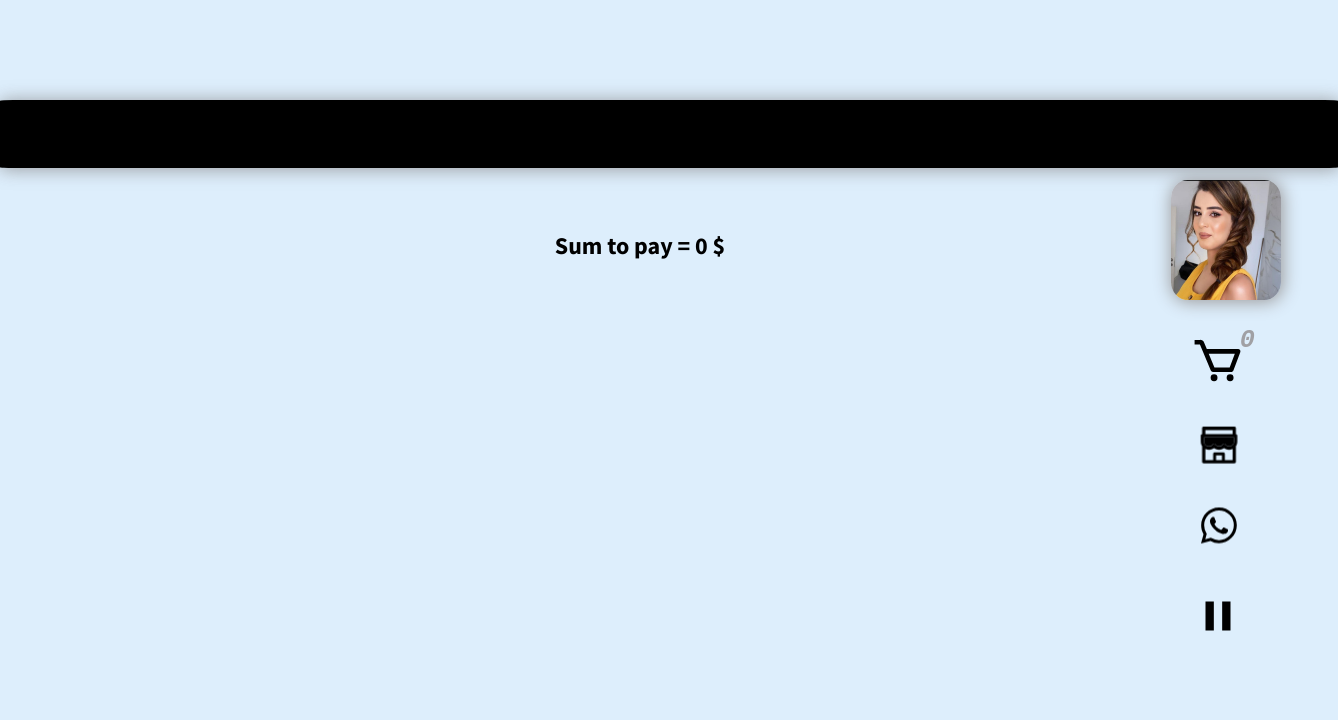
Repository: rehamAbass/BeautyCareShop
Page: /, after clicking the first element matching `svg.cartIcon`
These files come from the project's save history. The page is drawn as it stood at one moment and after the next save; the edit follows.
The browser window is 1280 px wide. The page is 1338 px wide, so the pictures cover 1338 px, including what lies to the right of the window. The pictures show the whole page.
The page's requests for data from a server got no answer. Some web fonts or font styles are not loaded; a fallback is used. The project was rebuilt for these pictures with package versions that can differ from the ones it lists, and the page was loaded fresh each time. No one was signed in, and anything a server would have sent is missing. Also part of the build but not shown: src/components/allProducts/card-list.css, src/components/allProducts/prod/card.css, src/components/allProducts/prod/card.component.jsx, src/components/search-box/search-box.css, src/components/myCart/cartProduct/cartProduct.css, src/components/myCart/cartProduct/cartProduct.jsx. Imported but missing from the stored project, and not drawn on this page: src/components/header/music/ed.mp3.

Above is the page before, as saved 2022-06-08 17:02:56.

### public/index.html
<!DOCTYPE html>
<html lang="en">
  </style>
  <head>
    <meta charset="utf-8" />
    <link rel="icon" href="" />
    <meta name="viewport" content="width=device-width, initial-scale=1" />
    <meta name="theme-color" content="#000000" />
    <meta
      name="description"
      content="Web site created using create-react-app"
    />
    <link rel="apple-touch-icon" href="" />
    <link rel="manifest" href="%PUBLIC_URL%/manifest.json" />
    <link rel="preconnect" href="https://fonts.googleapis.com">
    <link rel="preconnect" href="https://fonts.gstatic.com" crossorigin>
    <link href="https://fonts.googleapis.com/css2?family=Bigelow+Rules&display=swap" rel="stylesheet">
    <link rel="preconnect" href="https://fonts.googleapis.com">
    <link rel="preconnect" href="https://fonts.gstatic.com" crossorigin>
    <link href="https://fonts.googleapis.com/css2?family=Bigelow+Rules&family=Dancing+Script&display=swap"
      rel="stylesheet">
    <title color:'purble'>BeautyShop💄</title>
  </head>
  <body>

    <div id="root"></div>
  </body>
</html>

<!--
  <video id="video1" loop="" muted="" src="https://prod-streaming-video-msn-com.akamaized.net/aa5cb260-7dae-44d3-acad-3c7053983ffe/1b790558-39a2-4d2a-bcd7-61f075e87fdd.mp4"></video>

 -->

### src/components/allProducts/card-list.component.jsx

import './card-list.css'
import Card from './prod/card.component'
import React from 'react'

const CardList = ({ group ,addProduct}) => {
    return (
        <div className='card-list'>
            {group.map((p,i) =>
                (
                    <Card
                    key={i}
                    product={p}
                     addProduct={addProduct}/>
                )
            )
            }
        </div >

    )
}

export default CardList;

### src/components/search-box/search-box.component.jsx

import React from 'react'
import './search-box.css'


const SearchBox = ({ className, placeholder, searchHandler, group }) => {

    return (
        <div className='search-box'>
            <input
                className={className}
                type='search'
                placeholder='Search Products'
                onChange={searchHandler}
                style={{
                     fontStyle:'unset', fontStretch: 'extra-expanded'
                , fontSize:'large', borderRadius:'15%'}}
            />
            {group.length === 0 ?
                <div className='alert2'> NO Products with this prefix </div> : ''}
        </div>
    )
}


export default SearchBox;

### src/App.css
body {
  margin: 0;
  padding: 0;
  font-family: -apple-system, BlinkMacSystemFont, 'Segoe UI', 'Roboto', 'Oxygen',
    'Ubuntu', 'Cantarell', 'Fira Sans', 'Droid Sans', 'Helvetica Neue',
    sans-serif;
    background-color:rgba(192, 190, 228, 0.135);
  -webkit-font-smoothing: antialiased;
  -moz-osx-font-smoothing: grayscale;
  text-align: center;
}



















/* -------------------------------------------------------------------------------------- */

/* .App {
  text-align: center;
}

.App-logo {
  height: 40vmin;
  pointer-events: none;
}

@media (prefers-reduced-motion: no-preference) {
  .App-logo {
    animation: App-logo-spin infinite 20s linear;
  }
}

.App-header {
  background-color: #2d5cba;
  min-height: 100vh;
  display: flex;
  flex-direction: column;
  align-items: center;
  justify-content: center;
  font-size: calc(10px + 2vmin);
  color: white;
}

.App-link {
  color: #61dafb;
}

@keyframes App-logo-spin {
  from {
    transform: rotate(0deg);
  }
  to {
    transform: rotate(360deg);
  }
}

*/

### src/components/header/header.component.jsx
import React from 'react'
import './header.css'
import Music from './music/music.component';
import fatme from './fatme.jpeg'
import CartIcon from './cartIcon/cartIcon.component';
import {BsWhatsapp} from 'react-icons/bs'
import {AiTwotoneShop} from 'react-icons/ai'

const Header = ({counter,imgs, handleCart}) => {
    return (
        <div className='headClass'>
        <div className='imgs'>
            {imgs.map((link, i) => (
                    (i>=19 && i <29)&&<img
                    style={{transform:'scale(1)' ,  margin:'0px'}}
                    key={i}
                    src={link} alt='prod' />

            ))}
        </div>

            <img className='myImg' src={fatme} alt='me'
            />
               <CartIcon
            counter={counter}
             handleCart={handleCart}
            />
            <AiTwotoneShop
            className='goHome'
                onClick={() => {
                     handleCart(false)}}
            />
            <h4 className='title' >
                <marquee direction='left' loop='2' >Fatima Beauty Care Shop</marquee>
            </h4>


            <Music />


            <a  className='whatsApp'  aria-label="whats"
                target="_blank" rel="noopener"
                href="https://api.whatsapp.com/send?phone=972543656019&text=hello%20Fatima%20from%20your%20BeautyCareShop%20Website%20💄"
              >
              <BsWhatsapp/>
            </a>
        </div>
    )
}

export default Header;

### src/components/myCart/myCart.jsx
import './myCart.css'
import React from 'react'
import Card from './cartProduct/cartProduct.jsx'
import { useState } from 'react'

import Pay from './Payment/Pay'


const Cart = ({ sum, group, addProduct, deleteProduct, decreaseProduct  , handleSumCount}) => {

        const [confirmed, setConfirmed] = useState(false);
        const [paid, setPaid] = useState(false);
        const handlePaid = (val) => {
                setPaid(val);
            }
            //--------------------------------------
    return (
        <div className='allComp' >
              <h2 className='sum'> Sum to pay =  { sum } $ </h2>

            {((paid === false) &&(sum > 0) &&(confirm === false))&&
            <button className='payy'
                onClick={() => {
                    handlePaid(true);
                    //  handleSumCount(true);
                      }}>
                 Payment 💳
                 </button>}

                 {(paid === true)&&
                 <Pay
                     onClick={() => {handleSumCount(true);}}
                 />
                 }

           {(paid === true && confirmed == true)&&
            <h2
            style={{ fontSize: 'x-large' }}>
                THANK YOU MAN, PAID SUSSESSFULLY💳👍🏼👍🏼
            </h2>}


           {(paid === false) &&
            <div className='myCart' > {
                group.map((p, index) => (<
                                Card key = { index }
                                product = { p }
                                addProduct = { addProduct }
                                deleteProduct = { deleteProduct }
                                decreaseProduct = { decreaseProduct }
                                />)
                            )
            }
            </div>}

            </div>
                    )
                }


                export default Cart;

### src/components/header/header.css
.title {
    width: 110%;
    position: relative;
    font-size: 46px;
    font-weight: bolder;
    font-family: 'Dancing Script';
 color:rgb(251, 251, 251);
    font-stretch: extra-expanded;
    /* text-shadow: 11px 1px 11px rgb(255, 0, 123); */
    background-color: rgb(0, 0, 0);
     box-shadow: 1px 1px 17px 1px rgba(135, 134, 135, 0.74);
     margin-top: 40px;
     border-radius:1%;
}
.imgs{
    width: 110%;
    position: relative;
    height:60px;
     margin: 0px;
}
.goHome{
    color:rgb(0, 0, 0);
     position:fixed;
    margin-left: 47%;
    margin-top:376px;
     transform: scale(2.6);
}
.goHome:hover{
    color:rgb(160, 160, 164);
    transform:scale(3);
}
.whatsApp{
    color:rgb(0, 0, 0);
     position:fixed;
    margin-left: 47%;
    margin-top:290px;
     transform: scale(2);
}
.whatsApp:hover{
  color:rgb(160, 160, 164);

   }
.myImg{
    position:fixed;
    margin-left: 44%;
    margin-top:120px;
    width: 110px;
  height: 120px;
    box-shadow: 1px 1px 17px 1px rgb(155, 153, 153);
    border-radius:15%;
}

.headClass {
    border-radius: 12%;
    width: 95%;
    height: 30px;
    font-size: large;
    /* font-weight: 700; */
    font-style: italic;

}

### src/components/header/music/music.component.jsx
import './music.css'
import { useState, useEffect } from 'react'
import { MdPlayArrow, MdPause } from 'react-icons/md'
import  React  from 'react'
import ed from "./ed.mp3";

const aud = new Audio(ed);
aud.play();

const Music = () => {
    const [flagPlaying, setIsActive] = useState(true);
    const handleClick = (value) => {
        setIsActive(value);
        if (value === true) {
            aud.loop = true;
            aud.play();
        } else {
            aud.pause();
            aud.loop = false;
        }
    }

    return (<div className='myAudio'>
        {(flagPlaying === false) &&
            <MdPlayArrow
                className='btnAudio'
                onClick={() => {
                    if (flagPlaying === false) {
                        handleClick(true);
                    }
                }}
            />
        }
        {(flagPlaying === true) &&
            <MdPause
                className='btnAudio'
                style={{color:'black'}}
                onClick={() => {
                    if (flagPlaying === true) {
                        handleClick(false);
                    }
                }}
            />
        }
    </div>
    )
}


export default Music;

### src/components/header/cartIcon/cartIcon.component.jsx
import React from 'react'
import './cart.css'
import { BiCart } from "react-icons/bi";


const CartIcon = ({ counter,handleCart}) => {

    return (
        <div className='cart-container'>
            <span className='counter'>{counter}</span>
            <BiCart
                    className='cartIcon'
                    onClick={() => {
                      handleCart(true);
                     }}
                />
        </div>
    )
}
export default CartIcon;

### src/components/myCart/myCart.css
.myCart{
    width:900px;
    max-width: 900px;
    margin-left:3%;
    display: grid;
    grid-template-Columns:  1fr 1fr 1fr ;
    grid-gap: 0.4%;
    margin-top: 4%;
    margin-bottom:30%;
}

.alert1 {
    margin-top: 200px;
    text-align: center;
    /* padding: 40px; */
    /* color: rgb(55, 100, 212); */
    color:black;
    font-size: 50px;
    font-stretch: extra-expanded;
    font-family: 'Dancing Script';
    font-weight: bolder;
    text-shadow: 1px 1px  1px rgb(0, 0, 0);
    transform: scale(1.22);
    /* margin-top: '36%'; */
    margin-left:110%;
}
.sum{
    margin-top: 200px;
}
.alertPay {
     margin-left:-42%;
  /* margin-top: 400px; */
    text-align: center;
    color: rgb(13, 37, 100);
    font-size: 350x;
    /* font-stretch: extra-expanded; */
    /* font-family: 'Dancing Script'; */
    font-weight: bolder;
    text-shadow: 1px 1px  1px rgb(0, 0, 0);

}
.payy{
    cursor:pointer;
    border-style:ridge;
    border: 20 rgb(0, 0, 0);
    width :700px;
    height:50px;
      color:aliceblue;
    background-color:rgb(40, 0, 148);
   font-family:serif;
    font-size:x-large;
    font-weight:800;
    border-radius:4%;
}

.paybtn:hover{
    color:rgb(3, 3, 216);
    background-color:rgb(252, 252, 252);
    box-shadow: 1px 1px 2px 1px  rgb(0, 52, 197);
}

### src/components/header/music/music.css
.myAudio {}

.btnAudio {
    width:  50px;
    height: 50px;
    position:fixed;
    margin-left: 45.7%;
    margin-top: 362px;
    color:rgb(0, 0, 0);
    border-radius: 90%;
}

.btnAudio:hover {
   color : rgb(160, 160, 164);
    transform: scale(1.125);
    box-shadow: 1px 1px 10px 1px  rgb(160, 162, 169);
}

### src/components/header/cartIcon/cart.css
.cartIcon{
     position:fixed;
    width:55px;
    height:55px;
    color:rgb(0, 0, 0);
    margin-top:1%;
    /* transform: translateZ(-1);
    transition: transform 0.25s ease-out; */
}
.cartIcon:hover{
    transform:scale(1.12);
    color:rgb(160, 160, 164);
}
.cart-container{
    position:fixed;
    margin-left: 93%;
    margin-top: 260px;
}
.cart-container:hover{
    color:rgb(0, 0, 0);
 /* transform: scale(1); */
 cursor: pointer;
}
.counter{
    font-size:large;
    font-family:'Courier New', Courier, monospace;

    color:rgb(160, 160, 164);
    font-weight:bolder;
    text-align: right;
      transform: scale(1.4);
    text-shadow: 2px 2px 12px 12px rgb(0, 0, 0);
    position: fixed;
    margin-left: 4%;
    margin-top:0.8%;
}

### src/components/myCart/Payment/Pay.jsx


import React from 'react'
import './Pay.css'

import {useState} from 'react';
const Pay =()=>{
    const [onChangee , setOnChangee] = useState({});
    const onChangeHandler =(obj)=>{
        setOnChangee(obj);
        }
 //-------------------------------
return (
    <div>
      <form id="cc-form">
    <input type="text" name="number" placeholder='**** **** **** ****'/>
    <input type="text" name="name" placeholder='Full Name'/>
    <input type="text" name="expiry" placeholder='**/****'/>
    <input type="text" name="cvc" placeholder='***'/>
</form>
    </div>
)

}



export default Pay;

Loaded but not shown: src/index.js (common file); src/index.css (common file); src/App.js (180 lines, source omitted); src/components/myCart/Payment/Pay.css (631 lines, source omitted)

After the next save:
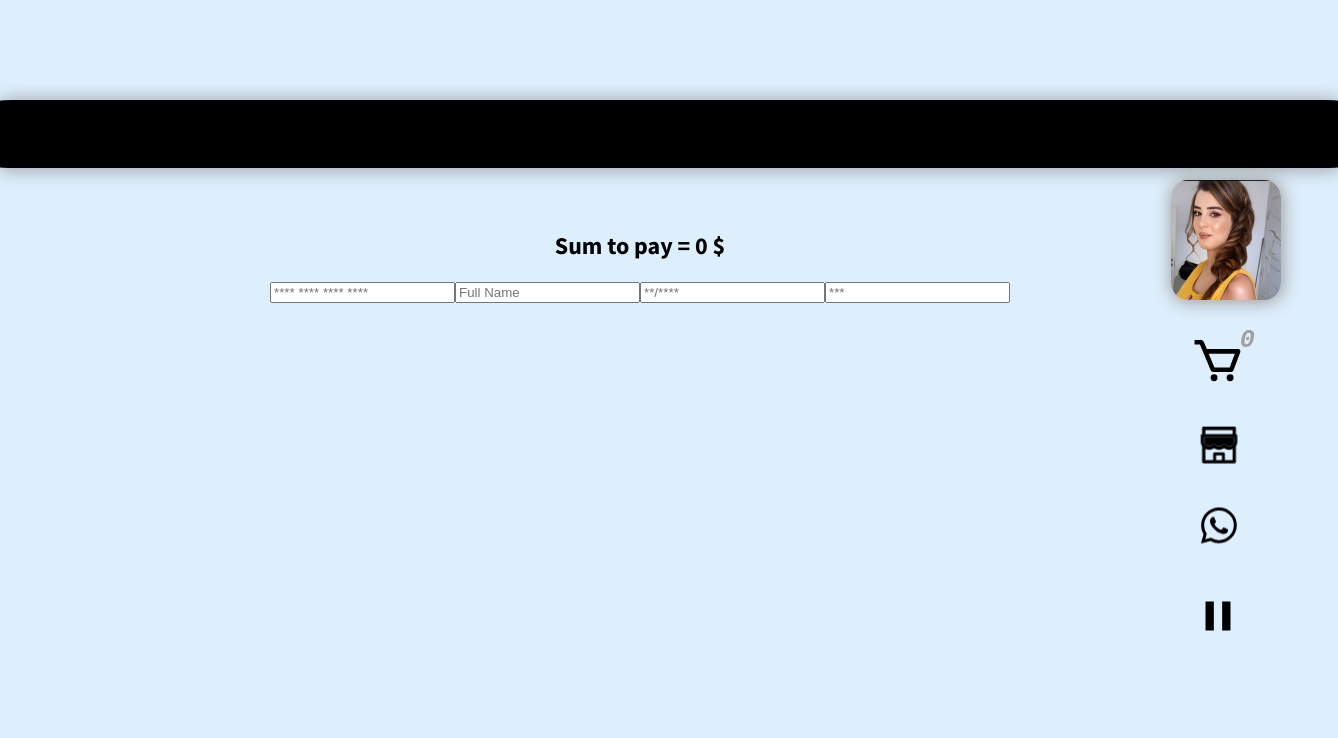
Saved 7 s later.
--- a/src/components/myCart/myCart.jsx
+++ b/src/components/myCart/myCart.jsx
@@ -27,7 +27,7 @@ const Cart = ({ sum, group, addProduct, deleteProduct, decreaseProduct  , handle
                  Payment 💳
                  </button>}
 
-                 {(paid === true)&&
+                 {(paid === false)&&
                  <Pay
                      onClick={() => {handleSumCount(true);}}
                  />
